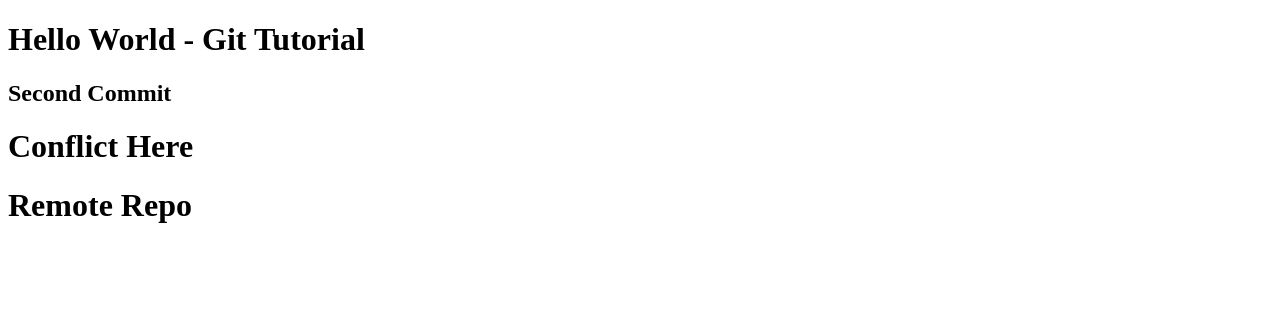
Repository: maianhbao9796/git_tutorial
Page: index.html
These files come from the project's save history. The page is drawn as it stood at one moment and after the next save; the edit follows.
The browser window is 1280 px wide. The pictures show the whole page.

Above is the page before, as saved 2023-02-17 14:19:12.

After the next save:
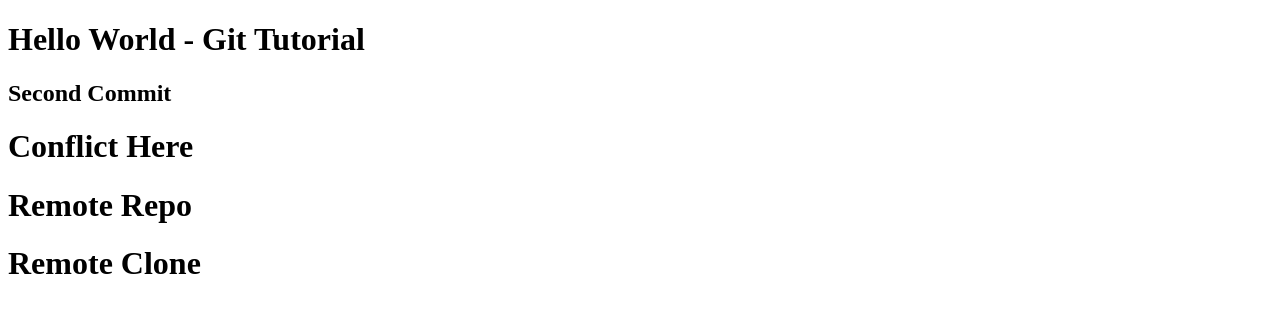
Saved 61 s later.
--- a/index.html
+++ b/index.html
@@ -12,5 +12,6 @@
     <h2>Second Commit</h2>
     <h1>Conflict Here</h1>
     <h1>Remote Repo</h1>
+    <h1>Remote Clone</h1>
 </body>
 </html>
